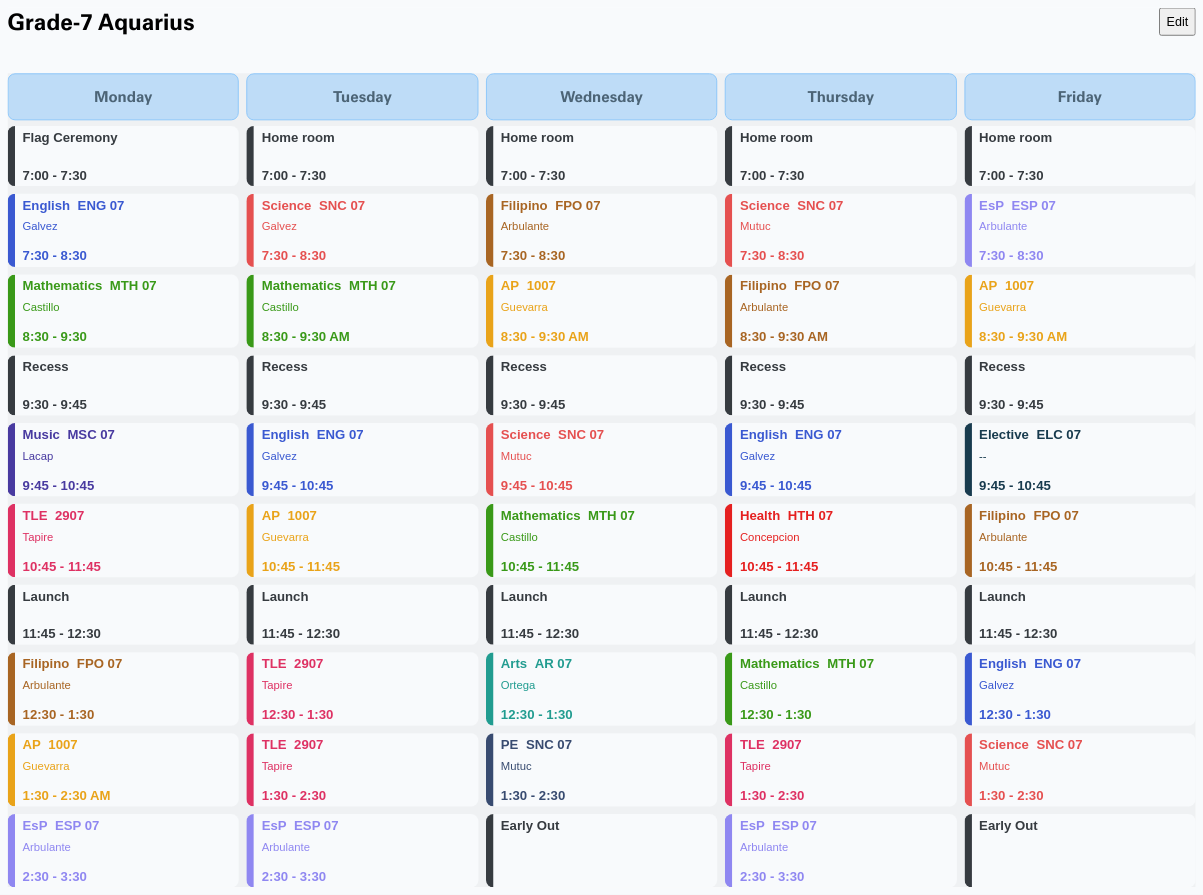
Repository: kentdrlo/prototype
Page: timetable.html
An editor plug-in stored every save of this project. The page is shown before and after the next save, followed by the edit.
The browser window is 1280 px wide. The pictures show the whole page, at 94% of full size.
An inner scrolling area shows only its first screen.

Above is the page before, as saved 2025-05-29 09:22:55.

### timetable.html
<link rel="stylesheet" href="schedule.css" />
<div class="container">
  <div class="row">
    <div class="col">
      <div class="top-settings">
        <div class="top-settings-wrapper">
          <div class="schedule-name">Grade-7 Aquarius</div>
          <button type="button" class="btn btn-secondary">Edit</button>
        </div>
      </div>
    </div>
    <div class="table-container row">
      <div class="grid-wrapper">
        <div class="day-box" id="dayBox"></div>
        <div class="table-box" id="topBox"></div>
      </div>
    </div>
  </div>
</div>

<script src="schedule.js"></script>

### schedule.css
@font-face {
  font-family: "Univers";
  src: url("folder/Univers-Bold.woff2") format("woff2"),
    url("folder/Univers-Bold.woff") format("woff");
  font-weight: bold;
  font-style: normal;
  font-display: swap;
}

@font-face {
  font-family: "Univers";
  src: url("folder/Univers.woff2") format("woff2"),
    url("folder/Univers.woff") format("woff");
  font-weight: normal;
  font-style: normal;
  font-display: swap;
}

.work-sans-body {
  font-family: "Work Sans", sans-serif;
  font-optical-sizing: auto;
  font-weight: normal;
  font-style: normal;
}

:root {
  --ff-header: "Univers", sans-serif;
  --ff-body: "Work Sans", sans-serif;
}

html,
body {
  overflow-x: hidden;
  background-color: #f8fafc;
}

.top-settings {
  margin-bottom: 40px;
}

.top-settings-wrapper{
  display: flex;
  flex-direction: row;
  justify-content: space-between;
}

.schedule-name {
  font-family: var(--ff-header);
  font-size: 24px;
  font-weight: bold;
}

.grid-wrapper {
  display: grid;
  grid-template-rows: auto 1fr;
  row-gap: 16px;
  background-color: #eff1f3;
}

.day-box,
.table-box {
  display: grid;
  grid-template-columns: repeat(5, 1fr);
  column-gap: 8px;
}

.day-box {
  height: 40px;
}

.card-day {
  height: 100%;
  font-family: var(--ff-body);
  display: flex;
  justify-content: center;
  align-items: center;
  background-color: #8ac6fa7c;
  color: #4c6476;
  font-family: var(--ff-header);
  font-weight: bold;
  font-size: 16px;
  padding: 4px 8px 4px 8px;
  border-radius: 8px;
  border: 1px solid #8ac6fa;
}

.table-box {
  grid-auto-rows: auto;
  row-gap: 8px;
}

.card {
  width: auto;
  height: auto;
  font-family: var(--ff-body);
  display: flex;
  flex-direction: column;
  gap: 16px;
  padding: 4px 8px 4px 8px;
  background-color: #f8fafc;
  border-radius: 8px;
}

.subject-detail-wrapper {
  display: flex;
  flex-direction: row;
  gap: 8px;
  font-weight: bold;
  font-size: 14px;
}

.subject-teacher-wrapper {
  display: flex;
  flex-direction: column;
  gap: 8px;
}

.subject-name,
.time {
  font-weight: bold;
  font-size: 14px;
}

.teacher-name {
  font-family: var(--ff-body);
  font-size: 12px;
}

### schedule.js
const dates = [
  { day: "Monday" },
  { day: "Tuesday" },
  { day: "Wednesday" },
  { day: "Thursday" },
  { day: "Friday" },
];

const details = [
  {
    subject: "Flag Ceremony",
    code: "",
    name: "",
    time: "7:00 - 7:30",
    color: "363B40",
  },
  {
    subject: "Home room",
    code: "",
    name: "",
    time: "7:00 - 7:30",
    color: "363B40",
  },
  {
    subject: "Home room",
    code: "",
    name: "",
    time: "7:00 - 7:30",
    color: "363B40",
  },
  {
    subject: "Home room",
    code: "",
    name: "",
    time: "7:00 - 7:30",
    color: "363B40",
  },
  {
    subject: "Home room",
    code: "",
    name: "",
    time: "7:00 - 7:30",
    color: "363B40",
  },
  {
    subject: "English",
    code: "ENG 07",
    name: "Galvez",
    time: "7:30 - 8:30",
    color: "3a59d1",
  },
  {
    subject: "Science",
    code: "SNC 07",
    name: "Galvez",
    time: "7:30 - 8:30",
    color: "E55050",
  },
  {
    subject: "Filipino",
    code: "FPO 07",
    name: "Arbulante",
    time: "7:30 - 8:30",
    color: "A86523",
  },

  {
    subject: "Science",
    code: "SNC 07",
    name: "Mutuc",
    time: "7:30 - 8:30",
    color: "E55050",
  },
  {
    subject: "EsP",
    code: "ESP 07",
    name: "Arbulante",
    time: "7:30 - 8:30",
    color: "8F87F1",
  },
  {
    subject: "Mathematics",
    code: "MTH 07",
    name: "Castillo",
    time: "8:30 - 9:30",
    color: "399918",
  },
  {
    subject: "Mathematics",
    code: "MTH 07",
    name: "Castillo",
    time: "8:30 - 9:30 AM",
    color: "399918",
  },

  {
    subject: "AP",
    code: "1007",
    name: "Guevarra",
    time: "8:30 - 9:30 AM",
    color: "E9A319",
  },
  {
    subject: "Filipino",
    code: "FPO 07",
    name: "Arbulante",
    time: "8:30 - 9:30 AM",
    color: "A86523",
  },
  {
    subject: "AP",
    code: "1007",
    name: "Guevarra",
    time: "8:30 - 9:30 AM",
    color: "E9A319",
  },
  {
    subject: "Recess",
    code: "",
    name: "",
    time: "9:30 - 9:45",
    color: "363B40",
  },
  {
    subject: "Recess",
    code: "",
    name: "",
    time: "9:30 - 9:45",
    color: "363B40",
  },
  {
    subject: "Recess",
    code: "",
    name: "",
    time: "9:30 - 9:45",
    color: "363B40",
  },
  {
    subject: "Recess",
    code: "",
    name: "",
    time: "9:30 - 9:45",
    color: "363B40",
  },
  {
    subject: "Recess",
    code: "",
    name: "",
    time: "9:30 - 9:45",
    color: "363B40",
  },
  {
    subject: "Music",
    code: "MSC 07",
    name: "Lacap",
    time: "9:45 - 10:45",
    color: "483AA0",
  },
  {
    subject: "English",
    code: "ENG 07",
    name: "Galvez",
    time: "9:45 - 10:45",
    color: "3a59d1",
  },

  {
    subject: "Science",
    code: "SNC 07",
    name: "Mutuc",
    time: "9:45 - 10:45",
    color: "E55050",
  },
  {
    subject: "English",
    code: "ENG 07",
    name: "Galvez",
    time: "9:45 - 10:45",
    color: "3a59d1",
  },
  {
    subject: "Elective",
    code: "ELC 07",
    name: "--",
    time: "9:45 - 10:45",
    color: "183B4E",
  },
  {
    subject: "TLE",
    code: "2907",
    name: "Tapire",
    time: "10:45 - 11:45",
    color: "DE3163",
  },
  {
    subject: "AP",
    code: "1007",
    name: "Guevarra",
    time: "10:45 - 11:45",
    color: "E9A319",
  },

  {
    subject: "Mathematics",
    code: "MTH 07",
    name: "Castillo",
    time: "10:45 - 11:45",
    color: "399918",
  },
  {
    subject: "Health",
    code: "HTH 07",
    name: "Concepcion",
    time: "10:45 - 11:45",
    color: "E52020",
  },
  {
    subject: "Filipino",
    code: "FPO 07",
    name: "Arbulante",
    time: "10:45 - 11:45",
    color: "A86523",
  },
  {
    subject: "Launch",
    code: "",
    name: "",
    time: "11:45 - 12:30",
    color: "363B40",
  },
  {
    subject: "Launch",
    code: "",
    name: "",
    time: "11:45 - 12:30",
    color: "363B40",
  },
  {
    subject: "Launch",
    code: "",
    name: "",
    time: "11:45 - 12:30",
    color: "363B40",
  },
  {
    subject: "Launch",
    code: "",
    name: "",
    time: "11:45 - 12:30",
    color: "363B40",
  },
  {
    subject: "Launch",
    code: "",
    name: "",
    time: "11:45 - 12:30",
    color: "363B40",
  },
  {
    subject: "Filipino",
    code: "FPO 07",
    name: "Arbulante",
    time: "12:30 - 1:30",
    color: "A86523",
  },
  {
    subject: "TLE",
    code: "2907",
    name: "Tapire",
    time: "12:30 - 1:30",
    color: "DE3163",
  },
  {
    subject: "Arts",
    code: "AR 07",
    name: "Ortega",
    time: "12:30 - 1:30",
    color: "219C90",
  },
  {
    subject: "Mathematics",
    code: "MTH 07",
    name: "Castillo",
    time: "12:30 - 1:30",
    color: "399918",
  },
  {
    subject: "English",
    code: "ENG 07",
    name: "Galvez",
    time: "12:30 - 1:30",
    color: "3a59d1",
  },
{
    subject: "AP",
    code: "1007",
    name: "Guevarra",
    time: "1:30 - 2:30 AM",
    color: "E9A319",
  },
 {
    subject: "TLE",
    code: "2907",
    name: "Tapire",
    time: "1:30 - 2:30",
    color: "DE3163",
  },

  {
    subject: "PE",
    code: "SNC 07",
    name: "Mutuc",
    time: "1:30 - 2:30",
    color: "384B70",
  },
  {
    subject: "TLE",
    code: "2907",
    name: "Tapire",
    time: "1:30 - 2:30",
    color: "DE3163",
  },
   {
    subject: "Science",
    code: "SNC 07",
    name: "Mutuc",
    time: "1:30 - 2:30",
    color: "E55050",
  },
  {
    subject: "EsP",
    code: "ESP 07",
    name: "Arbulante",
    time: "2:30 - 3:30",
    color: "8F87F1",
  },
 {
    subject: "EsP",
    code: "ESP 07",
    name: "Arbulante",
    time: "2:30 - 3:30",
    color: "8F87F1",
  },

  {
    subject: "Early Out",
    code: " ",
    name: " ",
    time: "",
    color: "363B40",
  },
 {
    subject: "EsP",
    code: "ESP 07",
    name: "Arbulante",
    time: "2:30 - 3:30",
    color: "8F87F1",
  },
 {
    subject: "Early Out",
    code: " ",
    name: " ",
    time: "",
    color: "363B40",
  },
];

function appendDays() {
  const dayBox = document.getElementById("dayBox");

  dates.forEach((date) => {
    dayBox.innerHTML += ` <div class="card-day">` + date.day + `</div>`;
  });
}

function appendDetails() {
  const topBox = document.getElementById("topBox");

  details.forEach((detail) => {
    topBox.innerHTML +=
      ` <div class="card" style="border-left: 8px solid #` +
      detail.color +
      `; color: #` +
      detail.color +
      `">
          <div class="subject-teacher-wrapper">
            <div class="subject-detail-wrapper">
              <div class="subject-name">` +
      detail.subject +
      `</div>
              <div class="subject-code">` +
      detail.code +
      `</div>
            </div>
            <div class="teacher-name">` +
      detail.name +
      `</div>
          </div>
          <div class="time">` +
      detail.time +
      `</div>
        </div>`;
  });
}

appendDays();
appendDetails();

After the next save:
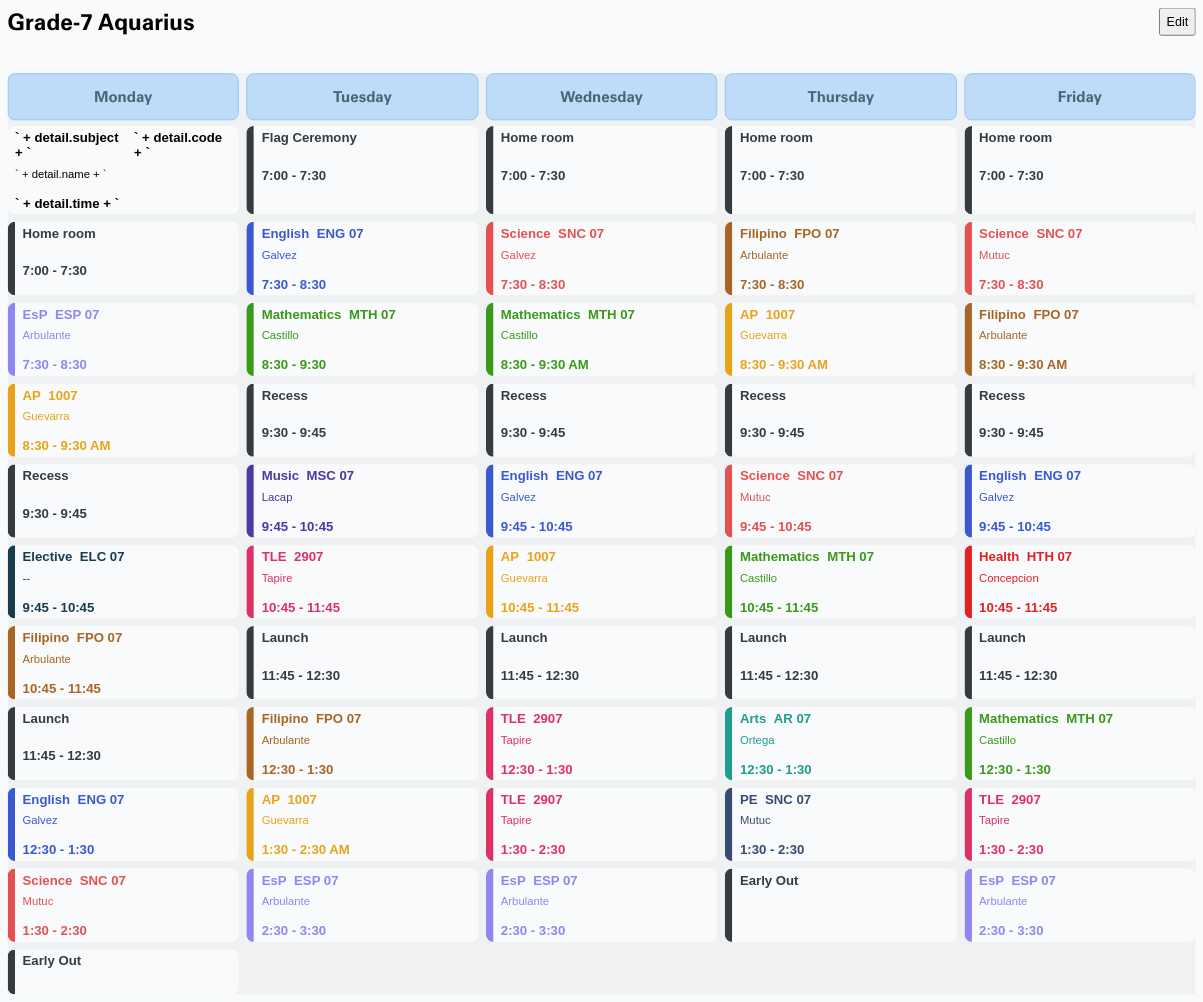
Saved 76 s later.
--- a/timetable.html
+++ b/timetable.html
@@ -12,7 +12,24 @@
     <div class="table-container row">
       <div class="grid-wrapper">
         <div class="day-box" id="dayBox"></div>
-        <div class="table-box" id="topBox"></div>
+        <div class="table-box" id="topBox">
+          <div
+            class="card"
+            style="
+              border-left: 8px solid #` + detail.color + `;
+              color: #` + detail.color + `;
+            "
+          >
+            <div class="subject-teacher-wrapper">
+              <div class="subject-detail-wrapper">
+                <div class="subject-name">` + detail.subject + `</div>
+                <div class="subject-code">` + detail.code + `</div>
+              </div>
+              <div class="teacher-name">` + detail.name + `</div>
+            </div>
+            <div class="time">` + detail.time + `</div>
+          </div>
+        </div>
       </div>
     </div>
   </div>
